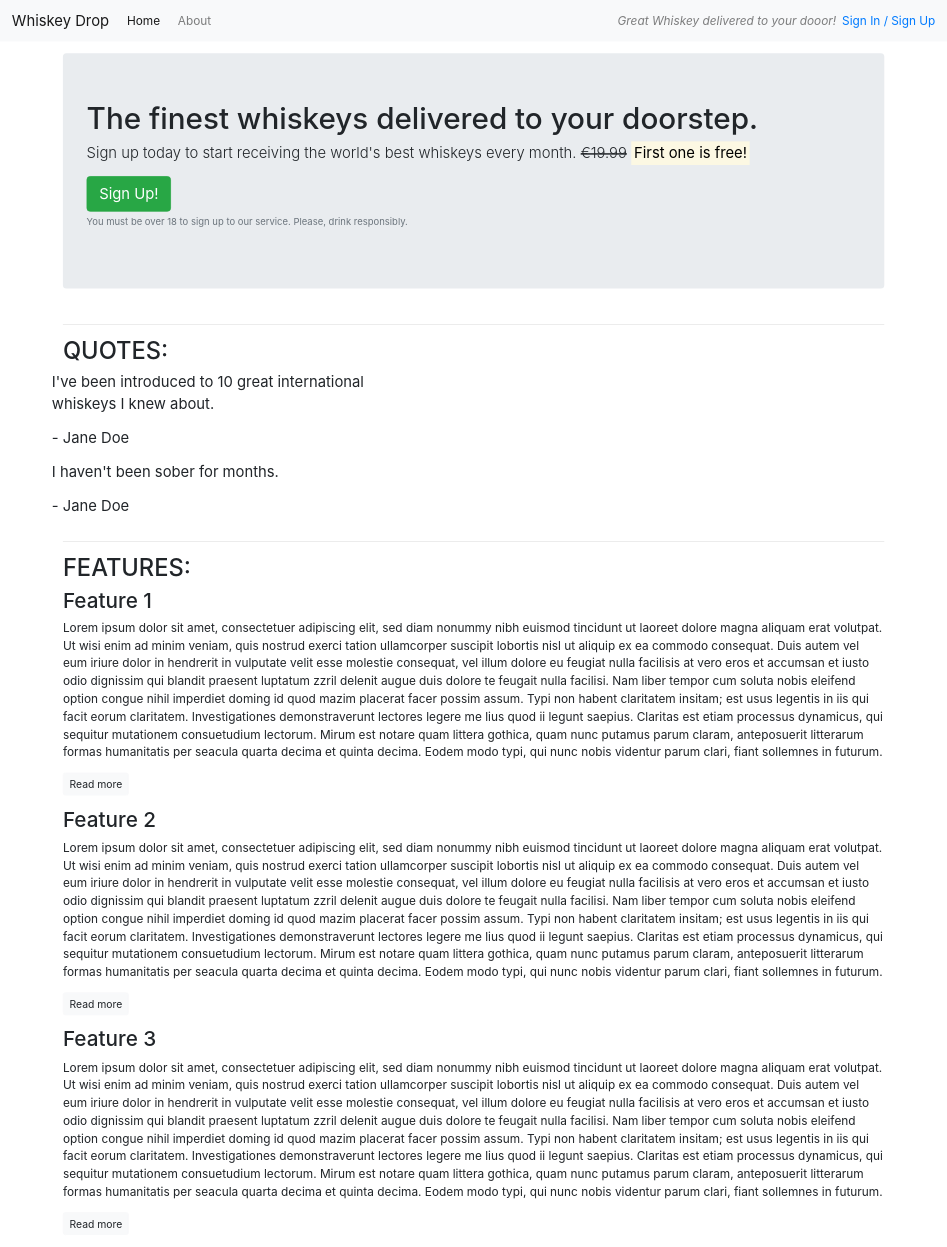
Repository: gpun10/bootstrap-sample
Page: index.html
The author's editor kept a record of every edit. The page is drawn from the files as they stood at one moment, then again after the next edit.
The browser window is 1280 px wide. The pictures show the whole page, at 74% of full size.

Above is the page before.
Console error: TypeError: Cannot read properties of undefined (reading 'fn')

### index.html
<!DOCTYPE html>
<html lang="en">

<head>
	<meta charset="UTF-8">
	<meta name="viewport" content="width=device-width, initial-scale=1.0">
	<meta http-equiv="X-UA-Compatible" content="ie=edge">
	<link rel="stylesheet" href="https://stackpath.bootstrapcdn.com/bootstrap/4.3.1/css/bootstrap.min.css" integrity="sha384-ggOyR0iXCbMQv3Xipma34MD+dH/1fQ784/j6cY/iJTQUOhcWr7x9JvoRxT2MZw1T" crossorigin="anonymous">
	<script src="https://stackpath.bootstrapcdn.com/bootstrap/4.3.1/js/bootstrap.min.js" integrity="sha384-JjSmVgyd0p3pXB1rRibZUAYoIIy6OrQ6VrjIEaFf/nJGzIxFDsf4x0xIM+B07jRM" crossorigin="anonymous"></script>
	<title>Whisky Drop | Taste new whiskey every month!</title>
</head>
<body>
<nav class="navbar navbar-light bg-light navbar-expand-sm">
    <a href="/" class="navbar-brand">Whiskey Drop</a>
    <ul class="navbar-nav mr-auto">
        <li class="active nav-item mr-2">
            <a class="nav-link" href="/">Home</a>
        </li>
        <li class="nav-item mr-2">
            <a class="nav-link" href="/about">About</a>
        </li>
        <li class="nav-item mr-2 d-block d-sm-none">
            <a class="nav-link" href="/login">Sign in / Sign up</a>
        </li>
     </ul>
     <p class="navbar-text my-auto mr-2">
            <i>Great Whiskey delivered to your dooor!</i>
        </p>
        <div class="d-none d-md-block"><a href="/login">Sign In / Sign Up</a></div>

</nav>
<article class="container mt-3">
	<!-- Call out -->
	<div class="row">
		<div class="col-12">
			<section class="callout jumbotron">

				<h1>The finest whiskeys delivered to your doorstep.</h1>
				<p class="lead">Sign up today to start receiving the world's best whiskeys every month.
					<s>€19.99</s>
					<strong>
				<mark>First one is free!</mark>
			</strong>
				</p>

				<button class="btn btn-success btn-lg">Sign Up!</button>
				<p class="text-muted"><small>You must be over 18 to sign up to our service. Please, drink responsibly.</small></p>
			</section>
		</div>
	</div>
	<!-- /Call out -->

	<hr>
	<!-- Quotes -->
	<section class="quotes">
		<div class="row">
			<div class="col-12 col-md-6 col-lg-4">
				<h2 class="text-uppercase">Quotes:</h2>
			</div>
		</div>
		<div class="row">
			<div class="row">
				<div class="col-12 col-md-6">
					<blockquote class="blockquote">
						<p>I've been introduced to 10 great international whiskeys I knew about.</p>
						<p>- Jane Doe</p>
					</blockquote>
				</div>
				<div class="col-12">
					<blockquote class="blockquote">
						<p>I haven't been sober for months. </p>
						<p>- Jane Doe</p>
					</blockquote>
				</div>
			</div>
	</section>

	<!-- / Quotes -->
	<hr>
	<!-- Features -->
	<section class="features">
		<div class="row">
			<div class="col-12">
				<h2 class="text-uppercase">Features:</h2>
			</div>
		</div>
		<div class="row">
			<div class="col-12">
				<div class="feature">
					<h3>Feature 1</h3>
					<p>Lorem ipsum dolor sit amet, consectetuer adipiscing elit, sed diam nonummy nibh euismod tincidunt ut laoreet dolore magna aliquam erat volutpat. Ut wisi enim ad minim veniam, quis nostrud exerci tation ullamcorper suscipit lobortis nisl ut aliquip
						ex ea commodo consequat. Duis autem vel eum iriure dolor in hendrerit in vulputate velit esse molestie consequat, vel illum dolore eu feugiat nulla facilisis at vero eros et accumsan et iusto odio dignissim qui blandit praesent luptatum zzril delenit
						augue duis dolore te feugait nulla facilisi. Nam liber tempor cum soluta nobis eleifend option congue nihil imperdiet doming id quod mazim placerat facer possim assum. Typi non habent claritatem insitam; est usus legentis in iis qui facit eorum
						claritatem. Investigationes demonstraverunt lectores legere me lius quod ii legunt saepius. Claritas est etiam processus dynamicus, qui sequitur mutationem consuetudium lectorum. Mirum est notare quam littera gothica, quam nunc putamus parum claram,
						anteposuerit litterarum formas humanitatis per seacula quarta decima et quinta decima. Eodem modo typi, qui nunc nobis videntur parum clari, fiant sollemnes in futurum.</p>
					<p class="btn btn-sm btn-light">Read more</p>
				</div>

			</div>
			<div class="col-12">
				<div class="feature">
					<h3>Feature 2</h3>
					<p>Lorem ipsum dolor sit amet, consectetuer adipiscing elit, sed diam nonummy nibh euismod tincidunt ut laoreet dolore magna aliquam erat volutpat. Ut wisi enim ad minim veniam, quis nostrud exerci tation ullamcorper suscipit lobortis nisl ut aliquip
						ex ea commodo consequat. Duis autem vel eum iriure dolor in hendrerit in vulputate velit esse molestie consequat, vel illum dolore eu feugiat nulla facilisis at vero eros et accumsan et iusto odio dignissim qui blandit praesent luptatum zzril delenit
						augue duis dolore te feugait nulla facilisi. Nam liber tempor cum soluta nobis eleifend option congue nihil imperdiet doming id quod mazim placerat facer possim assum. Typi non habent claritatem insitam; est usus legentis in iis qui facit eorum
						claritatem. Investigationes demonstraverunt lectores legere me lius quod ii legunt saepius. Claritas est etiam processus dynamicus, qui sequitur mutationem consuetudium lectorum. Mirum est notare quam littera gothica, quam nunc putamus parum claram,
						anteposuerit litterarum formas humanitatis per seacula quarta decima et quinta decima. Eodem modo typi, qui nunc nobis videntur parum clari, fiant sollemnes in futurum.</p>
					<p class="btn btn-sm btn-light">Read more</p>
				</div>
			</div>
			<div class="col-12">
				<div class="feature">
					<h3>Feature 3</h3>
					<p>Lorem ipsum dolor sit amet, consectetuer adipiscing elit, sed diam nonummy nibh euismod tincidunt ut laoreet dolore magna aliquam erat volutpat. Ut wisi enim ad minim veniam, quis nostrud exerci tation ullamcorper suscipit lobortis nisl ut aliquip
						ex ea commodo consequat. Duis autem vel eum iriure dolor in hendrerit in vulputate velit esse molestie consequat, vel illum dolore eu feugiat nulla facilisis at vero eros et accumsan et iusto odio dignissim qui blandit praesent luptatum zzril delenit
						augue duis dolore te feugait nulla facilisi. Nam liber tempor cum soluta nobis eleifend option congue nihil imperdiet doming id quod mazim placerat facer possim assum. Typi non habent claritatem insitam; est usus legentis in iis qui facit eorum
						claritatem. Investigationes demonstraverunt lectores legere me lius quod ii legunt saepius. Claritas est etiam processus dynamicus, qui sequitur mutationem consuetudium lectorum. Mirum est notare quam littera gothica, quam nunc putamus parum claram,
						anteposuerit litterarum formas humanitatis per seacula quarta decima et quinta decima. Eodem modo typi, qui nunc nobis videntur parum clari, fiant sollemnes in futurum.</p>
					<p class="btn btn-sm btn-light">Read more</p>
				</div>
			</div>
		</div>
	</section>
	<!-- / Features -->
</article>


</div>
</body>

</html>

After the next edit:
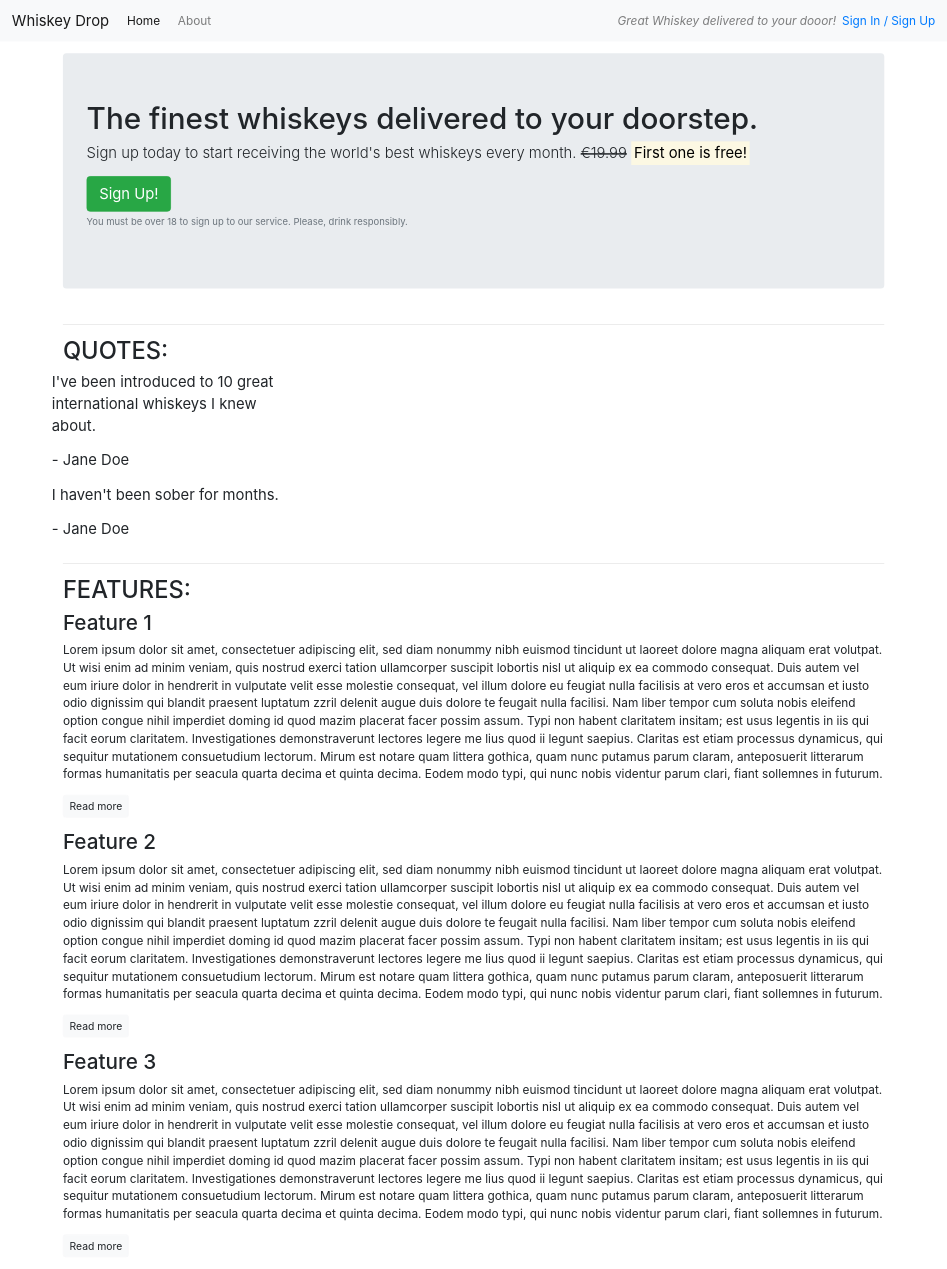
The edit:
--- a/index.html
+++ b/index.html
@@ -60,7 +60,7 @@
 		</div>
 		<div class="row">
 			<div class="row">
-				<div class="col-12 col-md-6">
+				<div class="col-12 col-md-6 col-lg-4">
 					<blockquote class="blockquote">
 						<p>I've been introduced to 10 great international whiskeys I knew about.</p>
 						<p>- Jane Doe</p>

After the 2 edits that followed:
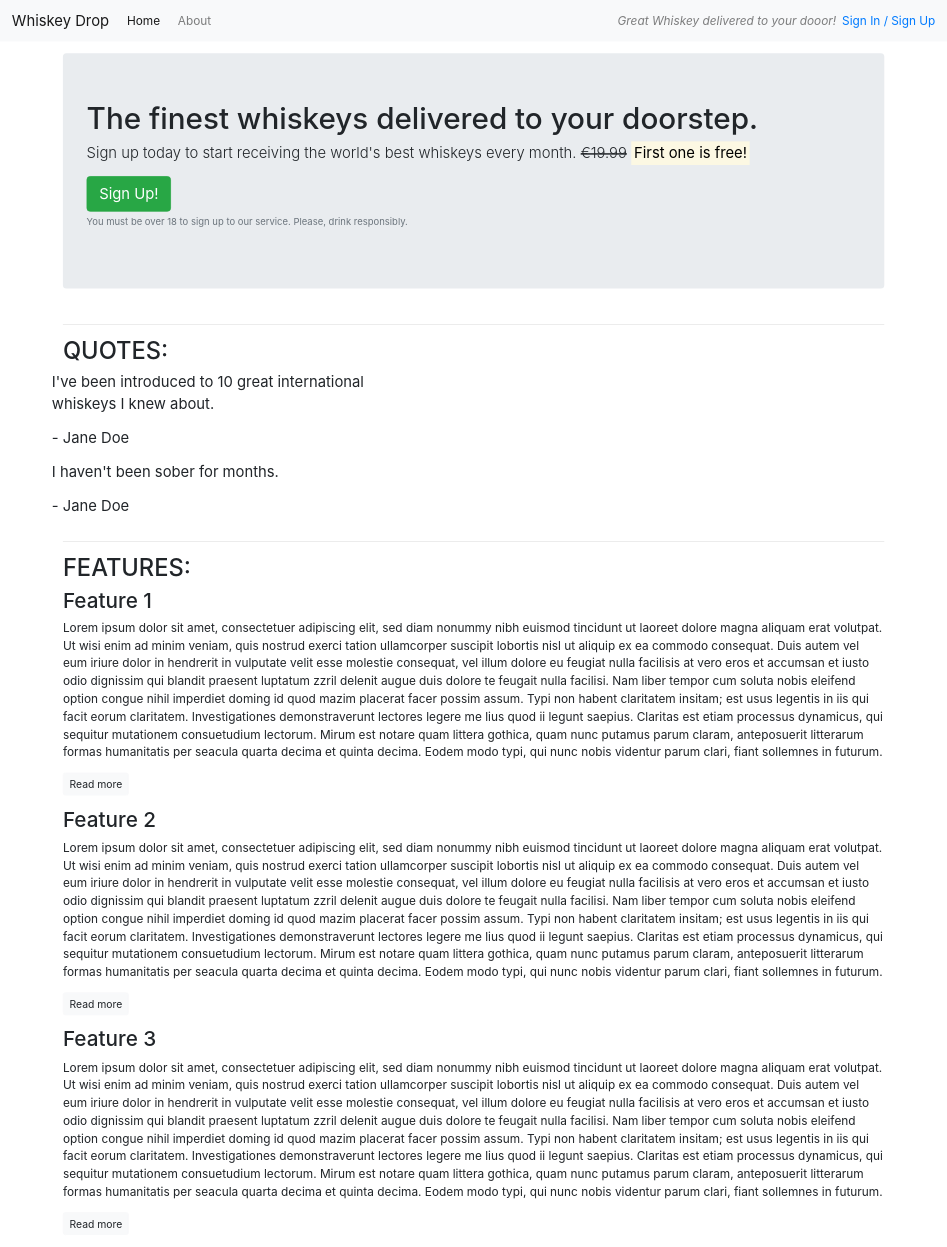
The 2 edits are shown as one change because 1 left the picture as it was.
The edit:
--- a/index.html
+++ b/index.html
@@ -54,13 +54,13 @@
 	<!-- Quotes -->
 	<section class="quotes">
 		<div class="row">
-			<div class="col-12 col-md-6 col-lg-4">
+			<div class="col-12 col-md-6">
 				<h2 class="text-uppercase">Quotes:</h2>
 			</div>
 		</div>
 		<div class="row">
 			<div class="row">
-				<div class="col-12 col-md-6 col-lg-4">
+				<div class="col-12 col-md-6">
 					<blockquote class="blockquote">
 						<p>I've been introduced to 10 great international whiskeys I knew about.</p>
 						<p>- Jane Doe</p>
